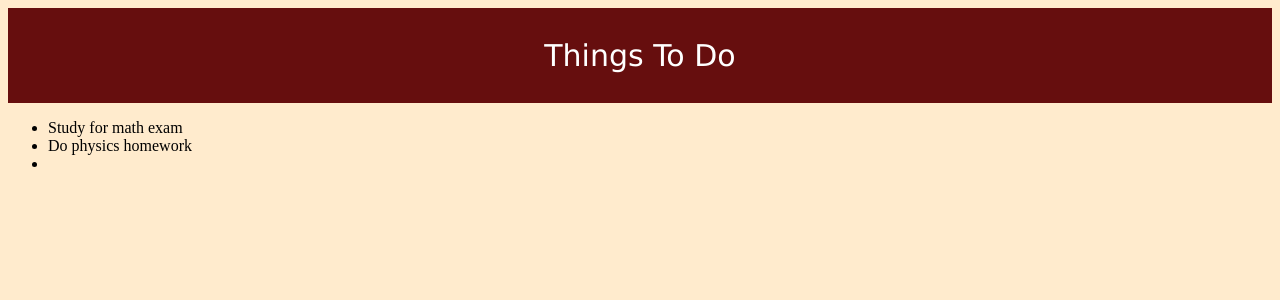
Repository: riya10483/pomodoro
Page: todo.html
An editor plug-in stored every save of this project. The page is shown before and after the next save, followed by the edit.
The browser window is 1280 px wide. The pictures show the whole page.

Above is the page before, as saved 2024-09-28 17:20:42.

After the next save:
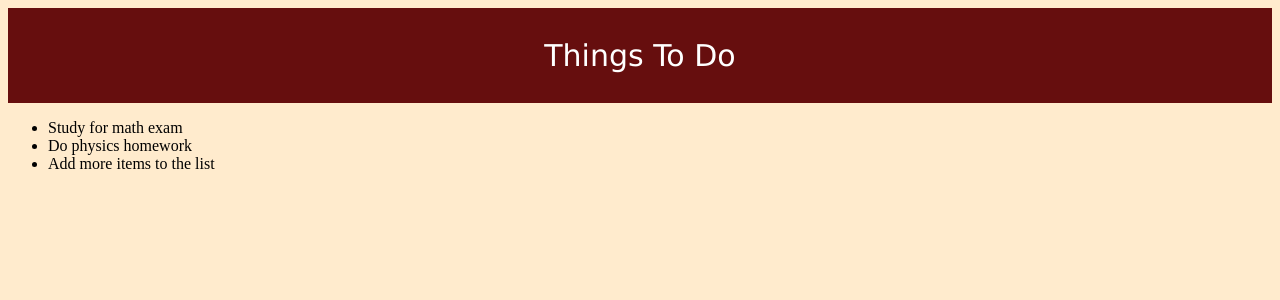
Saved 19 s later.
--- a/todo.html
+++ b/todo.html
@@ -11,7 +11,7 @@
     <ul>
         <li>Study for math exam</li>
         <li>Do physics homework</li>
-        <li></li>
+        <li>Add more items to the list</li>
     </ul>
 </body>
 </html>
